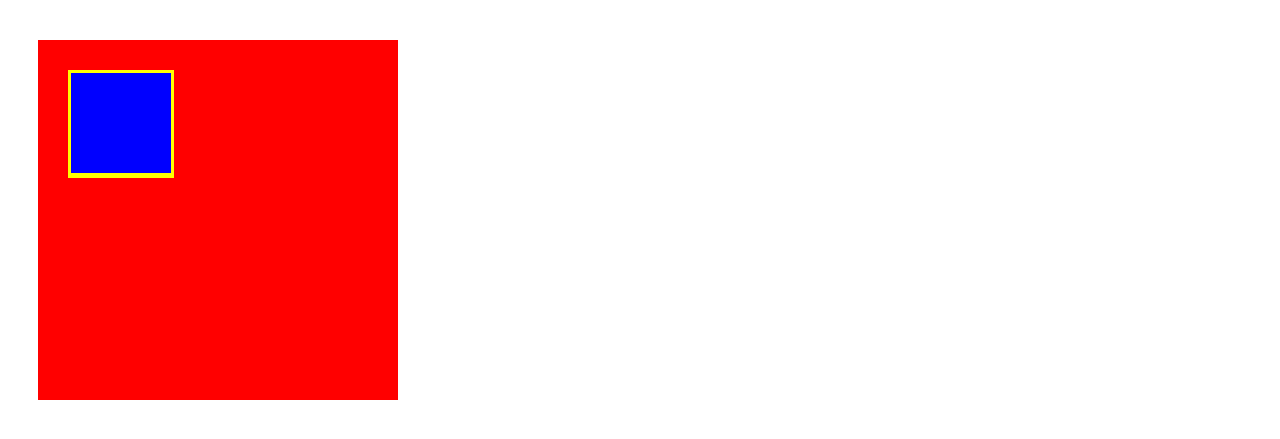
Repository: yymmyymm/review-sub1
Page: box/box.html
The author's editor kept a record of every edit. The page is drawn from the files as they stood at one moment, then again after the next edit.
The browser window is 1280 px wide. The pictures show the whole page.

Above is the page before.

After the next edit:
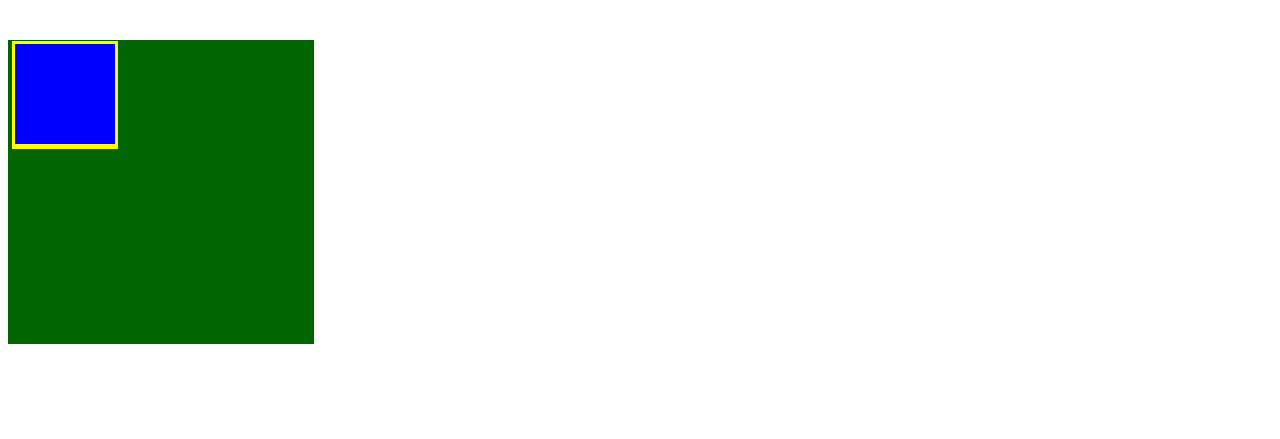
The edit:
--- a/box/box.css
+++ b/box/box.css
@@ -1,9 +1,8 @@
 .box1 {
   width: 300px;
   height: 300px;
-  background-color: red;
-  margin: 30px;
-  padding: 30px;
+  background-color: #006400;
+  padding: 1px 2px 3px 4px ;
   margin-top: 40px;    /* 上側に40pxのmarginを指定 */
 }
 .box2 {
